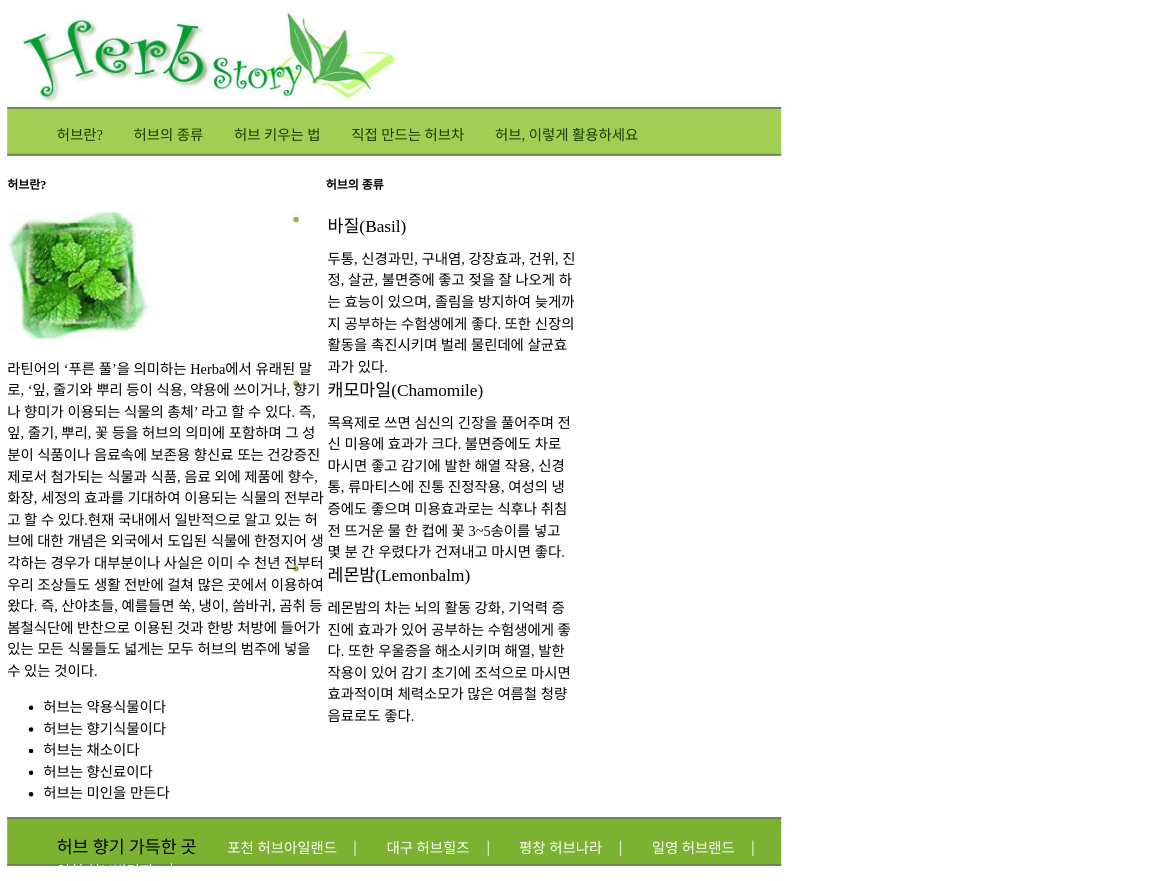
Repository: gus-123/Edu_KCC_HTML
Page: CSS/WebContent/layout.htm
The author's editor kept a copy of each file at every save. The page is drawn from the files as they stood at one save, then again after the next save.
The browser window is 1280 px wide. The pictures show the whole page, at 90% of full size.

Above is the page before, as saved 2024-07-09 08:34:17.

After the next save:
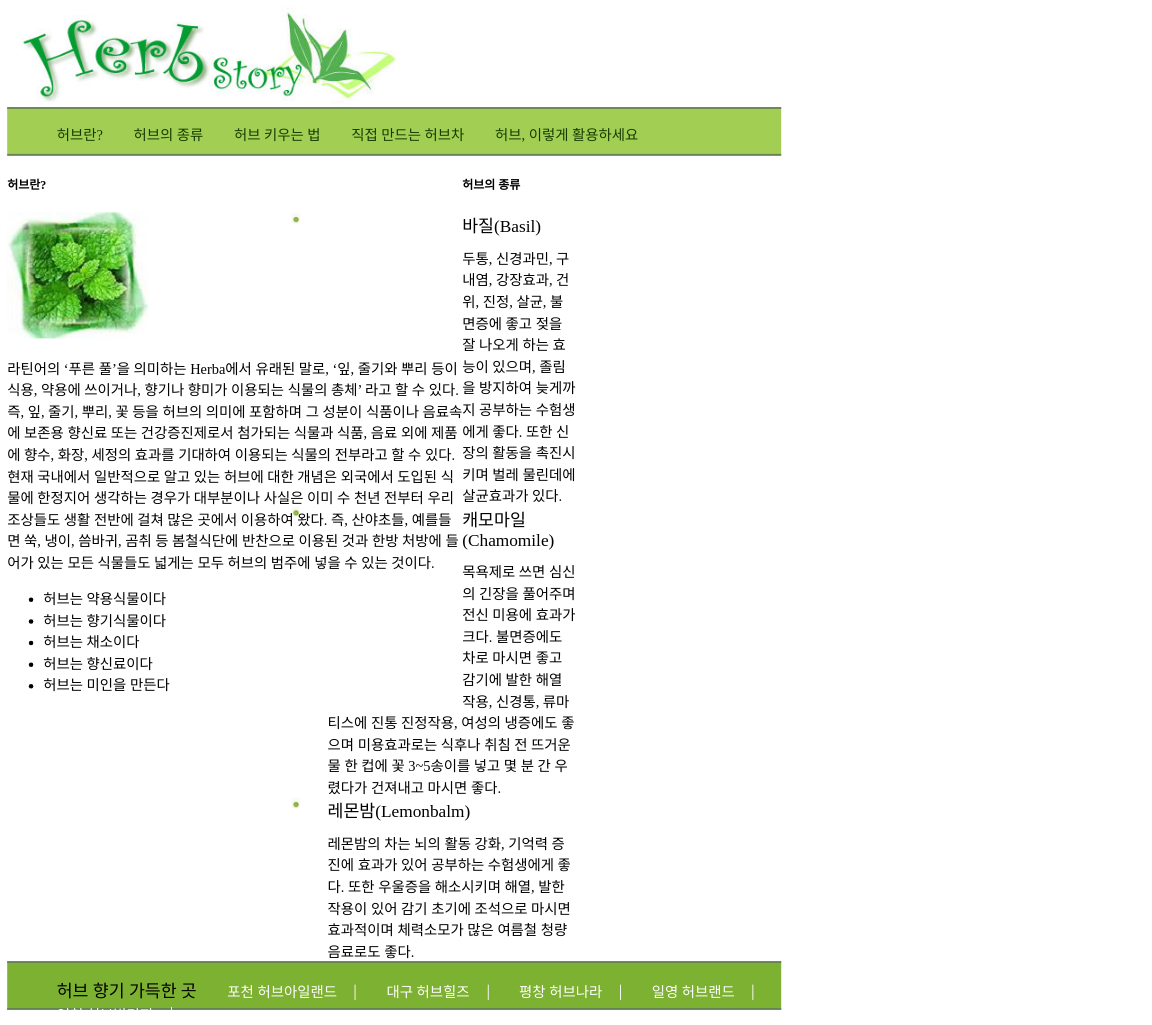
Saved 20 s later.
--- a/CSS/WebContent/layout.htm
+++ b/CSS/WebContent/layout.htm
@@ -27,11 +27,7 @@
 
 #content1 {
 	float: left;
-	width: 28%
-}
-
-#content1 p {
-	clear: both;
+	width: 40%
 }
 
 #content2 {

After the save that followed:
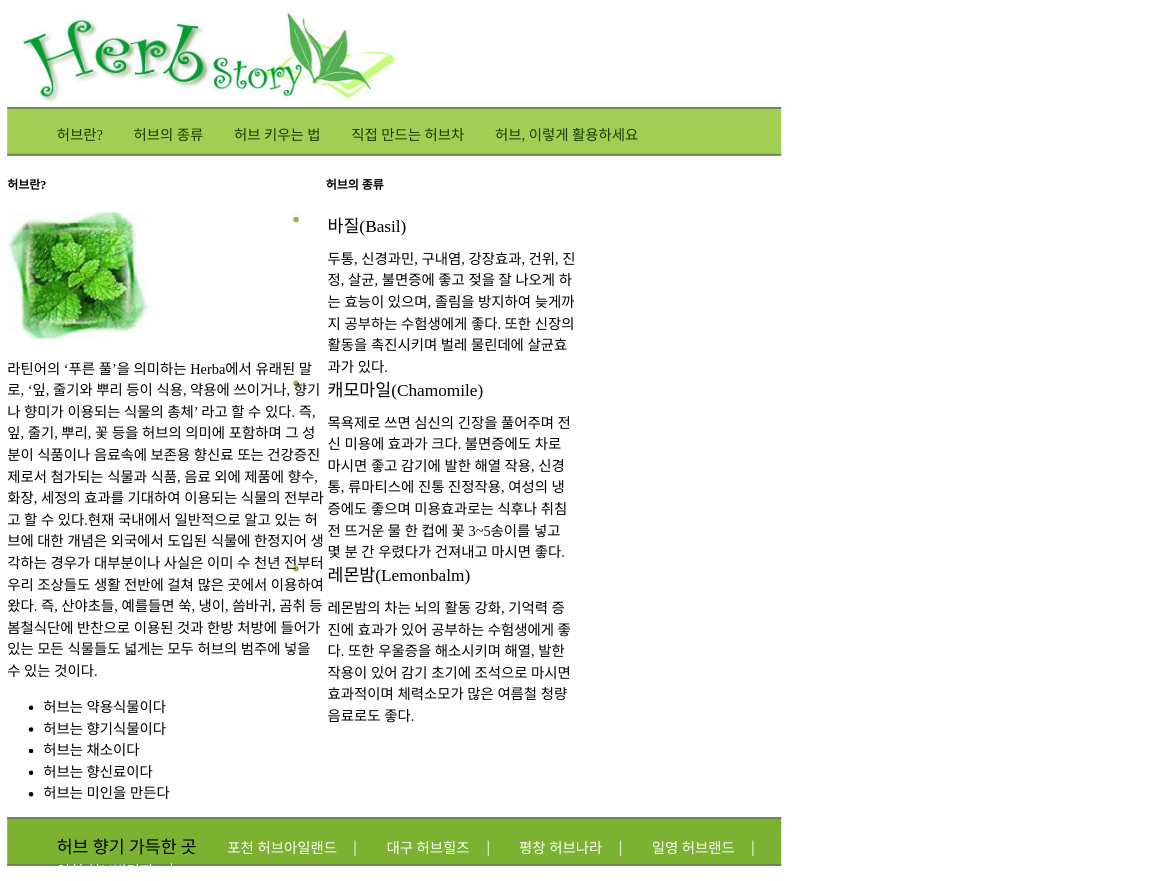
Saved 17 s later.
--- a/CSS/WebContent/layout.htm
+++ b/CSS/WebContent/layout.htm
@@ -27,7 +27,7 @@
 
 #content1 {
 	float: left;
-	width: 40%
+	width: 28%
 }
 
 #content2 {
